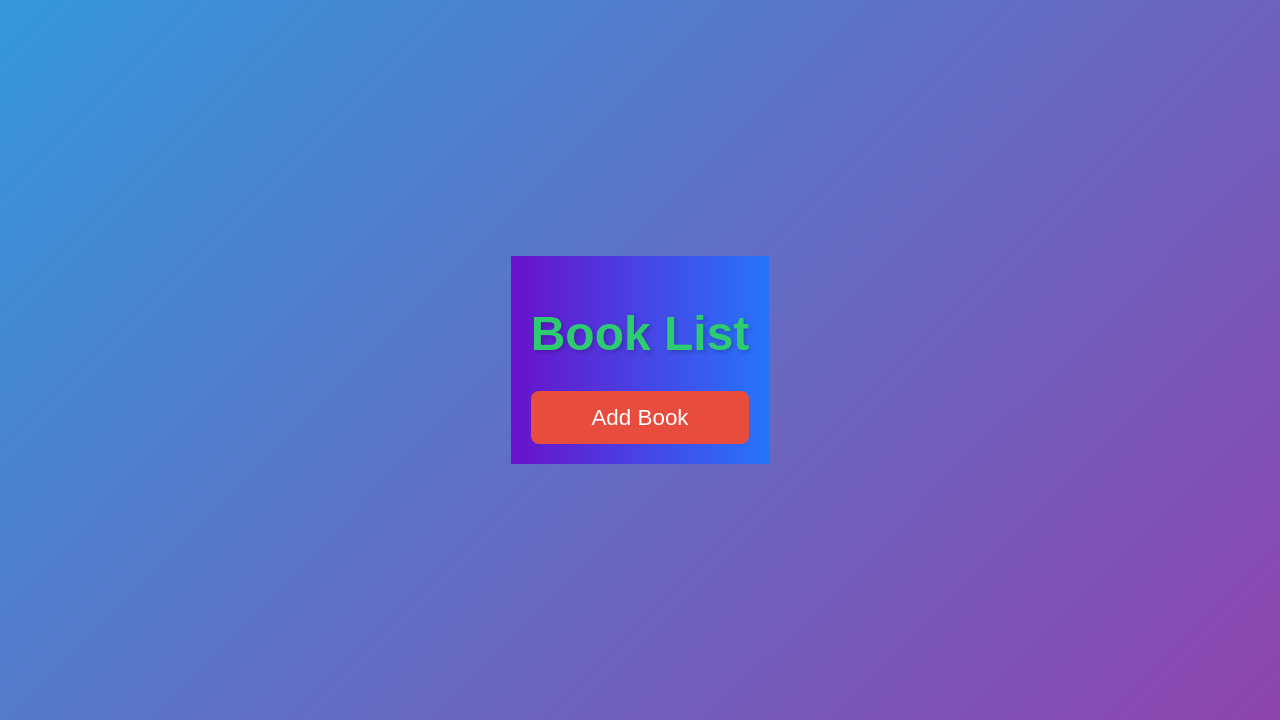
Repository: KanmegneTabouguie/librarymanagement
Page: / (app in frontend/library-frontend/)
An editor plug-in stored every save of this project. The page is shown before and after the next save, followed by the edit.
The browser window is 1280 px wide. The pictures show the whole page.
The page's requests for data from a server got no answer. The project was rebuilt for these pictures with package versions that can differ from the ones it lists, and the page was loaded fresh each time. No one was signed in, and anything a server would have sent is missing. Also part of the build but not shown: frontend/library-frontend/vite.config.js, frontend/library-frontend/src/components/AddBook.jsx, frontend/library-frontend/src/components/UpdateBook.jsx, frontend/library-frontend/src/components/PublishBook.jsx.

Above is the page before, as saved 2024-02-29 11:28:47.

After the next save:
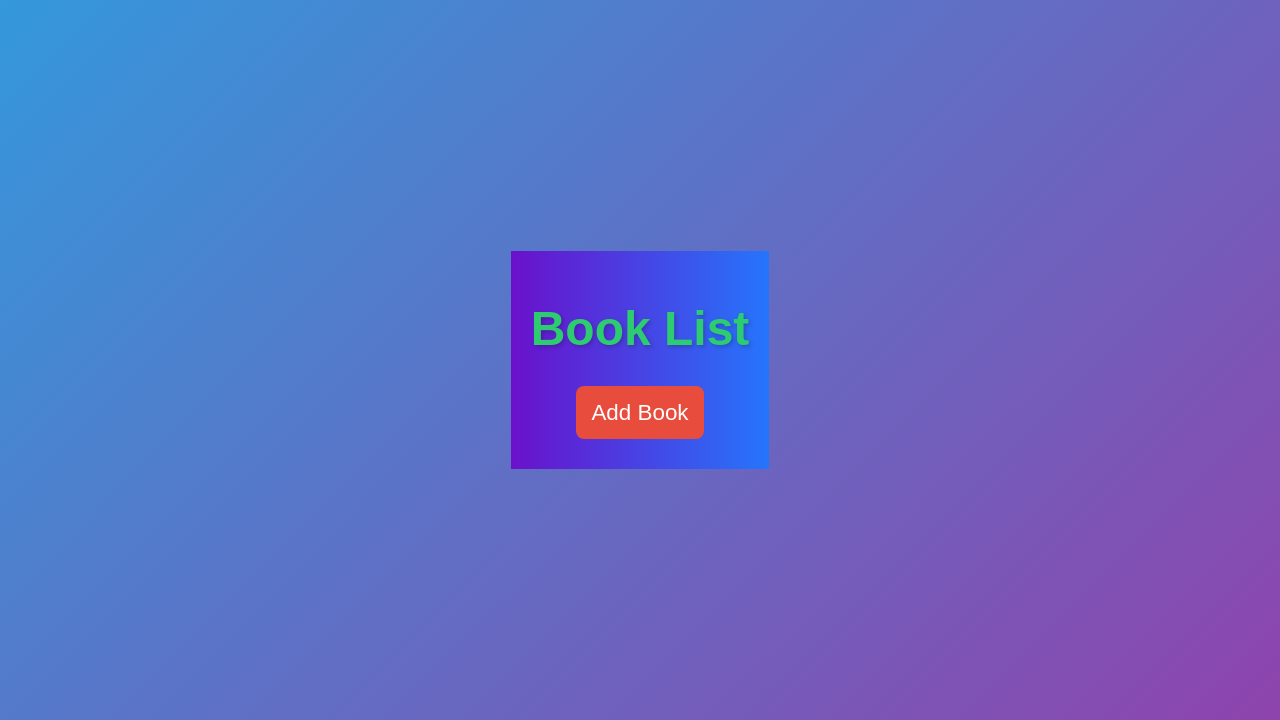
Saved 94 s later.
--- a/frontend/library-frontend/src/components/BookListStyles.js
+++ b/frontend/library-frontend/src/components/BookListStyles.js
@@ -4,7 +4,10 @@
     textAlign: 'center',
     padding: '20px',
     background: 'linear-gradient(to right, #6A11CB, #2575FC)',
-    color: 'white', // Adjust text color for better visibility
+    color: 'white',
+    display: 'flex',  // Use flexbox for layout
+    flexDirection: 'column',  // Display children in a column
+    alignItems: 'center',  // Center items horizontally
   },
 
   headingStyle: {
@@ -13,6 +16,18 @@
     fontWeight: '700',
     marginBottom: '30px',
     textShadow: '2px 2px 4px rgba(0, 0, 0, 0.2)',
+  },
+
+  actionLinkStyle: {
+    textDecoration: 'none',
+    color: '#fff',
+    fontSize: '1.4em',
+    marginBottom: '10px',  // Add margin to separate from the book containers
+    display: 'block',
+    background: '#e74c3c',
+    padding: '10px 15px',
+    borderRadius: '8px',
+    transition: 'background 0.3s ease-in-out',
   },
 
   bookContainer: {
@@ -59,18 +74,6 @@
     marginTop: '20px',
   },
 
-  actionLinkStyle: {
-    textDecoration: 'none',
-    color: '#fff',
-    fontSize: '1.4em',
-    marginTop: '10px',
-    display: 'block',
-    background: '#e74c3c',
-    padding: '10px 15px',
-    borderRadius: '8px',
-    transition: 'background 0.3s ease-in-out',
-  },
-
   updateLinkStyle: {
     textDecoration: 'none',
     color: '#e74c3c',

After the save that followed:
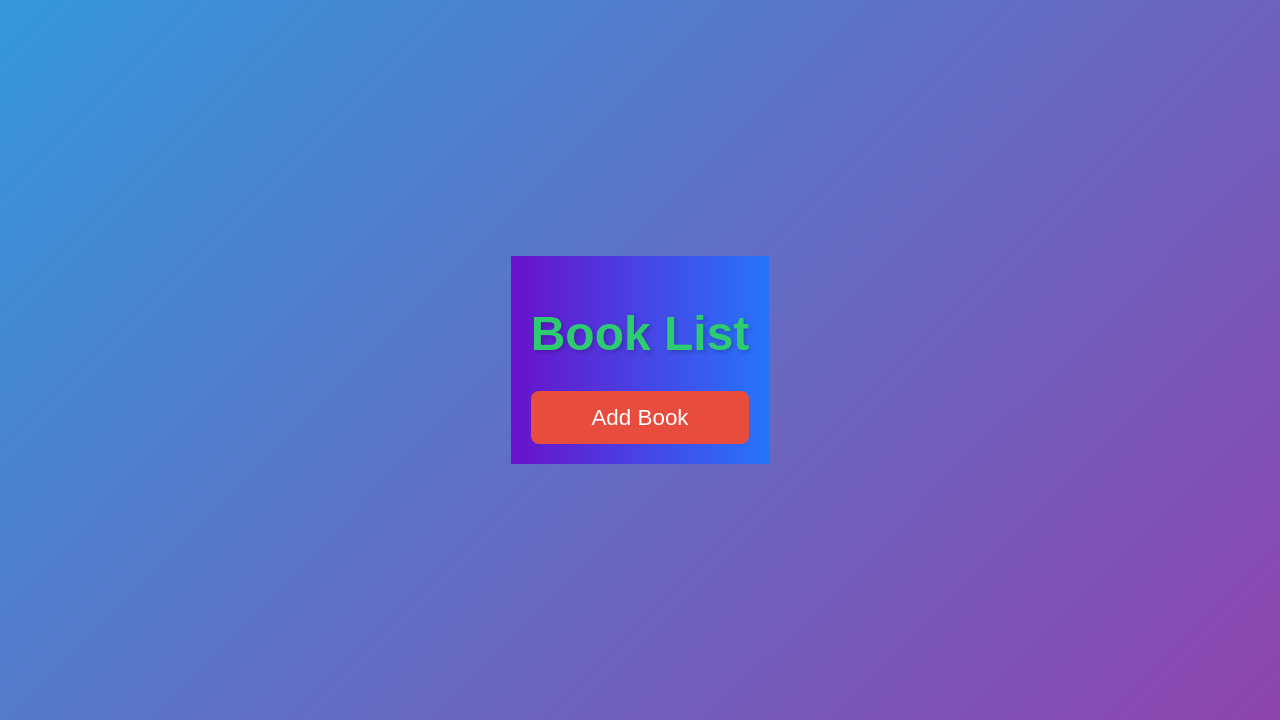
Saved 97 s later.
--- a/frontend/library-frontend/src/components/BookListStyles.js
+++ b/frontend/library-frontend/src/components/BookListStyles.js
@@ -1,13 +1,11 @@
 // BookListStyles.js
 const BookListStyles = {
   container: {
+    position: 'relative', // Add position relative for z-index to work
     textAlign: 'center',
     padding: '20px',
     background: 'linear-gradient(to right, #6A11CB, #2575FC)',
     color: 'white',
-    display: 'flex',  // Use flexbox for layout
-    flexDirection: 'column',  // Display children in a column
-    alignItems: 'center',  // Center items horizontally
   },
 
   headingStyle: {
@@ -22,12 +20,14 @@
     textDecoration: 'none',
     color: '#fff',
     fontSize: '1.4em',
-    marginBottom: '10px',  // Add margin to separate from the book containers
+    marginTop: '10px',
     display: 'block',
     background: '#e74c3c',
     padding: '10px 15px',
     borderRadius: '8px',
     transition: 'background 0.3s ease-in-out',
+    position: 'relative', // Add position relative for z-index to work
+    zIndex: '999', // Add a higher z-index value
   },
 
   bookContainer: {
